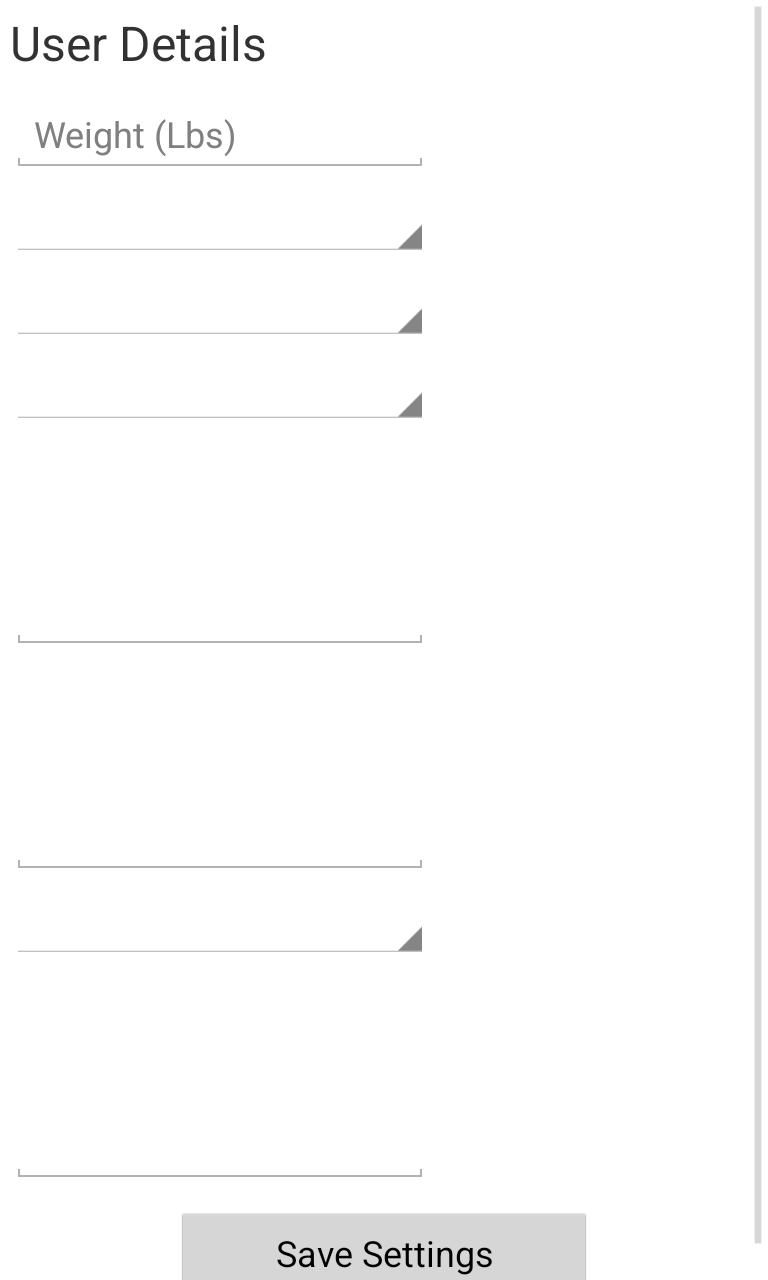
Repository: dillonyoung/CPD4493
Layout: TraCare/res/layout/addentry.xml
The author's editor kept a copy of each file at every save. The layout is drawn from the files as they stood at one save, then again after the next save.
It is drawn on a 768 x 1280 px phone screen (xhdpi) without system bars, with theme AppTheme; the app's code is not run.

Above is the layout before, as saved 2013-04-05 23:56:32.

### TraCare/res/layout/addentry.xml
<?xml version="1.0" encoding="utf-8"?>
<ScrollView xmlns:android="http://schemas.android.com/apk/res/android"
    android:layout_width="fill_parent"
    android:layout_height="fill_parent" >

    <TableLayout
        android:id="@+id/TableLayout1"
        android:layout_width="match_parent"
        android:layout_height="wrap_content" >

        <TableRow
            android:id="@+id/tableRow1"
            android:layout_width="wrap_content"
            android:layout_height="wrap_content"
            android:padding="5dip" >

            <TextView
                android:id="@+id/textView1"
                android:layout_width="fill_parent"
                android:layout_height="wrap_content"
                android:text="@string/user_details"
                android:textSize="24sp" />
        </TableRow>

        <TableRow
            android:id="@+id/tableRow4"
            android:layout_width="wrap_content"
            android:layout_height="wrap_content"
            android:padding="5dip" >

            <EditText
                android:id="@+id/txtUserWeight"
                android:layout_width="wrap_content"
                android:layout_height="wrap_content"
                android:ems="6"
                android:hint="@string/weight"
                android:inputType="numberDecimal" />
        </TableRow>

        <TableRow
            android:id="@+id/tableRow7"
            android:layout_width="wrap_content"
            android:layout_height="wrap_content"
            android:padding="5dip" >

            <Spinner
                android:id="@+id/spinHours"
                android:layout_width="wrap_content"
                android:layout_height="wrap_content" />
        </TableRow>

        <TableRow
            android:id="@+id/tableRow7"
            android:layout_width="wrap_content"
            android:layout_height="wrap_content"
            android:padding="5dip" >

            <Spinner
                android:id="@+id/spinQualityofSleep"
                android:layout_width="wrap_content"
                android:layout_height="wrap_content" />
        </TableRow>

        <TableRow
            android:id="@+id/tableRow8"
            android:layout_width="wrap_content"
            android:layout_height="wrap_content"
            android:padding="5dip" >

            <Spinner
                android:id="@+id/spinEnergyLevel"
                android:layout_width="wrap_content"
                android:layout_height="wrap_content" />
        </TableRow>

        <TableRow
            android:id="@+id/tableRow9"
            android:layout_width="wrap_content"
            android:layout_height="wrap_content"
            android:padding="5dip" >

            <EditText
                android:id="@+id/txtFitness"
                android:layout_width="wrap_content"
                android:layout_height="wrap_content"
                android:ems="10"
                android:inputType="textMultiLine"
                android:lines="4" >
            </EditText>
        </TableRow>

        <TableRow
            android:id="@+id/tableRow10"
            android:layout_width="wrap_content"
            android:layout_height="wrap_content"
            android:padding="5dip" >

            <EditText
                android:id="@+id/txtNutrition"
                android:layout_width="wrap_content"
                android:layout_height="wrap_content"
                android:ems="10"
                android:inputType="textMultiLine"
                android:lines="4" >
            </EditText>
        </TableRow>


        <TableRow
            android:id="@+id/tableRow8"
            android:layout_width="wrap_content"
            android:layout_height="wrap_content"
            android:padding="5dip" >

            <Spinner
                android:id="@+id/spinSymptom"
                android:layout_width="wrap_content"
                android:layout_height="wrap_content" />
        </TableRow>

        <TableRow
            android:id="@+id/tableRow11"
            android:layout_width="wrap_content"
            android:layout_height="wrap_content"
            android:padding="5dip" >

            <EditText
                android:id="@+id/txtSymptomDescription"
                android:layout_width="wrap_content"
                android:layout_height="wrap_content"
                android:ems="10"
                android:inputType="textMultiLine"
                android:lines="4" >
            </EditText>
        </TableRow>

        <TableRow
            android:id="@+id/tableRow12"
            android:layout_width="wrap_content"
            android:layout_height="wrap_content"
            android:gravity="center_horizontal"
            android:padding="5dip" >

            <Button
                android:id="@+id/btnSave"
                android:layout_width="wrap_content"
                android:layout_height="wrap_content"
                android:text="@string/savesettings" />
        </TableRow>
    </TableLayout>

</ScrollView>

### TraCare/res/values/strings.xml
<?xml version="1.0" encoding="utf-8"?>
<resources>

    <string name="app_name">TraCare</string>
    <string name="action_settings">Settings</string>
    <string name="title_section1">Section 1</string>
    <string name="title_section2">Section 2</string>
    <string name="title_section3">Section 3</string>
    <string name="user_details">User Details</string>
    <string name="gender">Gender</string>
    <string name="male">Male</string>
    <string name="female">Female</string>
    <string name="weight">Weight (Lbs)</string>
    <string name="preferences">Preferences</string>
    <string name="track_weight">Track Weight</string>
    <string name="track_sleep">Track Sleep</string>
    <string name="track_energy_level">Track Energy Level</string>
    <string name="track_quality_of_sleep">Track Quality of Sleep</string>
    <string name="track_fitness">Track Fitness</string>
    <string name="track_nutrition">Track Nutrition</string>
    <string name="savesettings">Save Settings</string>
    <string name="yourname">Your name</string>
    <string name="track_symptom">Track Symptom</string>
    <string name="image"></string>
    <string name="menu_add_entry">Add Entry</string>
    <string name="menu_delete_entry">Delete Entry</string>

    <string-array name="hours_of_sleep">
        <item>0.0 Hours of Sleep</item>
        <item>0.5 Hours of Sleep</item>
        <item>1.0 Hours of Sleep</item>
        <item>1.5 Hours of Sleep</item>
        <item>2.0 Hours of Sleep</item>
        <item>2.5 Hours of Sleep</item>
        <item>3.0 Hours of Sleep</item>
        <item>3.5 Hours of Sleep</item>
        <item>4.0 Hours of Sleep</item>
        <item>4.5 Hours of Sleep</item>
        <item>5.0 Hours of Sleep</item>
        <item>5.5 Hours of Sleep</item>
        <item>6.0 Hours of Sleep</item>
        <item>6.5 Hours of Sleep</item>
        <item>7.0 Hours of Sleep</item>
        <item>7.5 Hours of Sleep</item>
        <item>8.0 Hours of Sleep</item>
        <item>8.5 Hours of Sleep</item>
        <item>9.0 Hours of Sleep</item>
        <item>9.5 Hours of Sleep</item>
        <item>10.0 Hours of Sleep</item>
        <item>10.5 Hours of Sleep</item>
        <item>11.0 Hours of Sleep</item>
        <item>11.5 Hours of Sleep</item>
        <item>12.0 Hours of Sleep</item>
        <item>12.5 Hours of Sleep</item>
        <item>13.0 Hours of Sleep</item>
        <item>13.5 Hours of Sleep</item>
        <item>14.0 Hours of Sleep</item>
        <item>14.5 Hours of Sleep</item>
        <item>15.0 Hours of Sleep</item>
        <item>15.5 Hours of Sleep</item>
        <item>16.0 Hours of Sleep</item>
        <item>16.5 Hours of Sleep</item>
        <item>17.0 Hours of Sleep</item>
        <item>17.5 Hours of Sleep</item>
        <item>18.0 Hours of Sleep</item>
        <item>18.5 Hours of Sleep</item>
        <item>19.0 Hours of Sleep</item>
        <item>19.5 Hours of Sleep</item>
        <item>20.0 Hours of Sleep</item>
        <item>20.5 Hours of Sleep</item>
        <item>21.0 Hours of Sleep</item>
        <item>21.5 Hours of Sleep</item>
        <item>22.0 Hours of Sleep</item>
        <item>22.5 Hours of Sleep</item>
        <item>23.0 Hours of Sleep</item>
        <item>23.5 Hours of Sleep</item>
    </string-array>
    <string-array name="energy_level">
        <item>Energy Level Not Specified</item>
        <item>Terrible Energy Level</item>
        <item>Poor Energy Level</item>
        <item>Average Energy Level</item>
        <item>Good Energy Level</item>
        <item>Excellent Energy Level</item>
    </string-array>
    <string-array name="quality_of_sleep">
        <item>Quality of Sleep Not Specified</item>
        <item>Terrible Quality of Sleep</item>
        <item>Poor Quality of Sleep</item>
        <item>Average Quality of Sleep</item>
        <item>Good Quality of Sleep</item>
        <item>Excellent Quality of Sleep</item>
    </string-array>
    <string-array name="symptom_type">
        <item>Symptom Type Not Specified</item>
        <item>Other</item>
        <item>Abdominal Pain</item>
        <item>Chest Pain</item>
        <item>Constipation</item>
        <item>Cought</item>
        <item>Diarrea</item>
        <item>Dizziness</item>
        <item>Eye Discomfort</item>
        <item>Foot Pain</item>
        <item>Hip Pain</item>
        <item>Knee Pain</item>
        <item>Low Back Pain</item>
        <item>Nasal Congestion</item>
        <item>Nausea</item>
        <item>Neck Pain</item>
        <item>Numbness</item>
        <item>Shortness of Breath</item>
        <item>Shoulder Pain</item>
        <item>Sore Throat</item>
        <item>Vision Problems</item>
        <item>Wheezing</item>
    </string-array>
        <string name="string_new_entry">New Entry</string>
        <string name="string_hours_of_sleep">Select Hours of Sleep</string>

</resources>

Loaded but not shown: TraCare/res/values/styles.xml (common file); TraCare/res/values-v11/styles.xml (common file); TraCare/res/values-v14/styles.xml (common file)

After the next save:
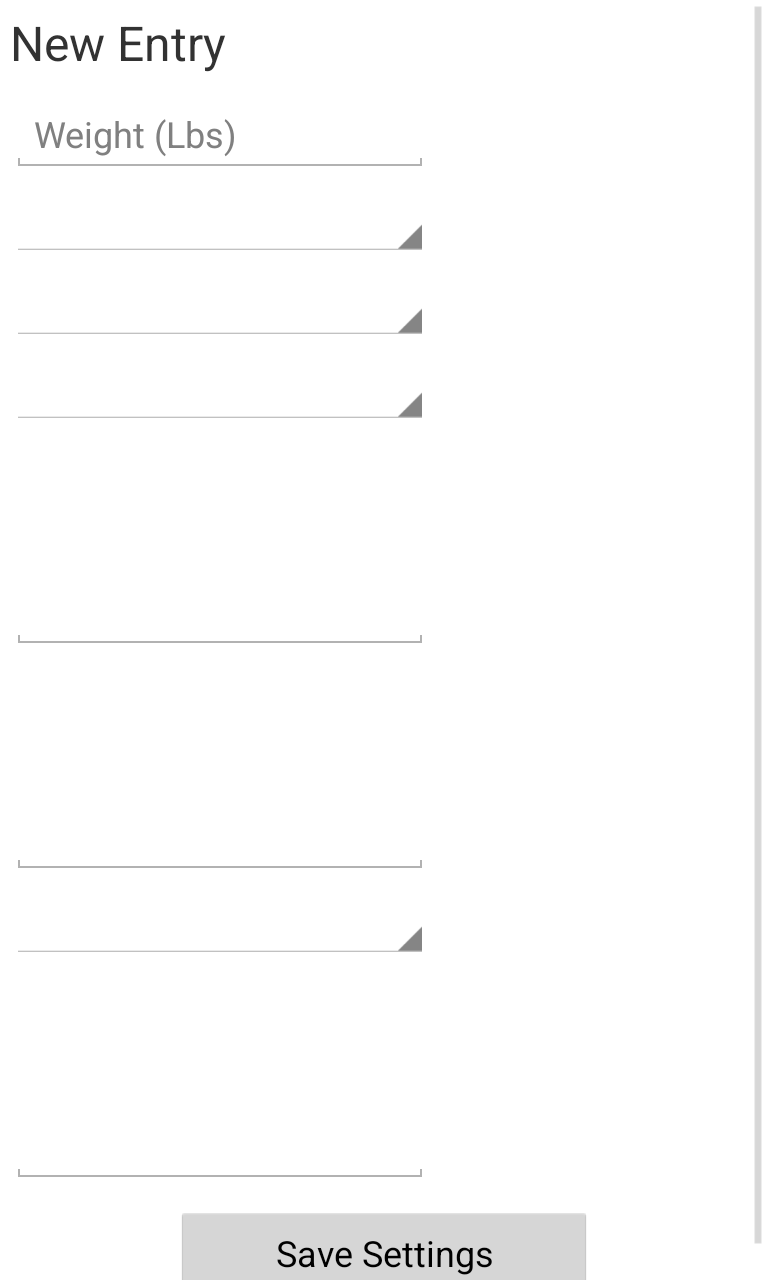
Saved 22 s later.
--- a/TraCare/res/layout/addentry.xml
+++ b/TraCare/res/layout/addentry.xml
@@ -18,7 +18,7 @@
                 android:id="@+id/textView1"
                 android:layout_width="fill_parent"
                 android:layout_height="wrap_content"
-                android:text="@string/user_details"
+                android:text="@string/string_new_entry"
                 android:textSize="24sp" />
         </TableRow>
 
@@ -46,7 +46,9 @@
             <Spinner
                 android:id="@+id/spinHours"
                 android:layout_width="wrap_content"
-                android:layout_height="wrap_content" />
+                android:layout_height="wrap_content"
+                android:prompt="@string/string_hours_of_sleep" />
+
         </TableRow>
 
         <TableRow
